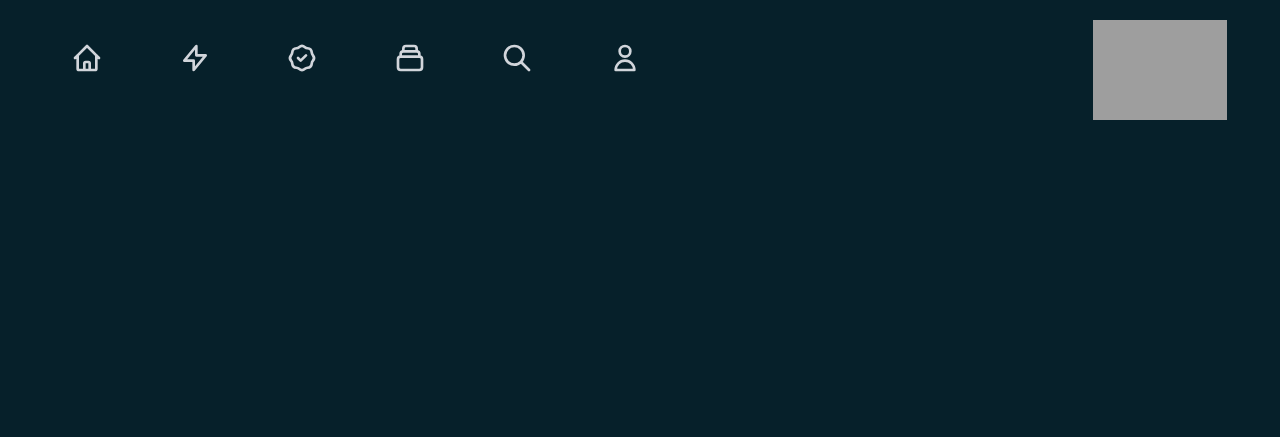
Repository: JuanOnly/hulu-clone
Page: /
An editor plug-in stored every save of this project. The page is shown before and after the next save, followed by the edit.
The browser window is 1280 px wide. The pictures show the whole page.
Pictures or frames that could not be fetched are drawn as grey boxes. The project was rebuilt for these pictures with package versions that can differ from the ones it lists, and the page was loaded fresh each time. The framework's server and built-in components were replaced by stand-ins that run in the browser. Also part of the build but not shown: next.config.js.

Above is the page before, as saved 2021-05-01 08:19:02.

After the next save:
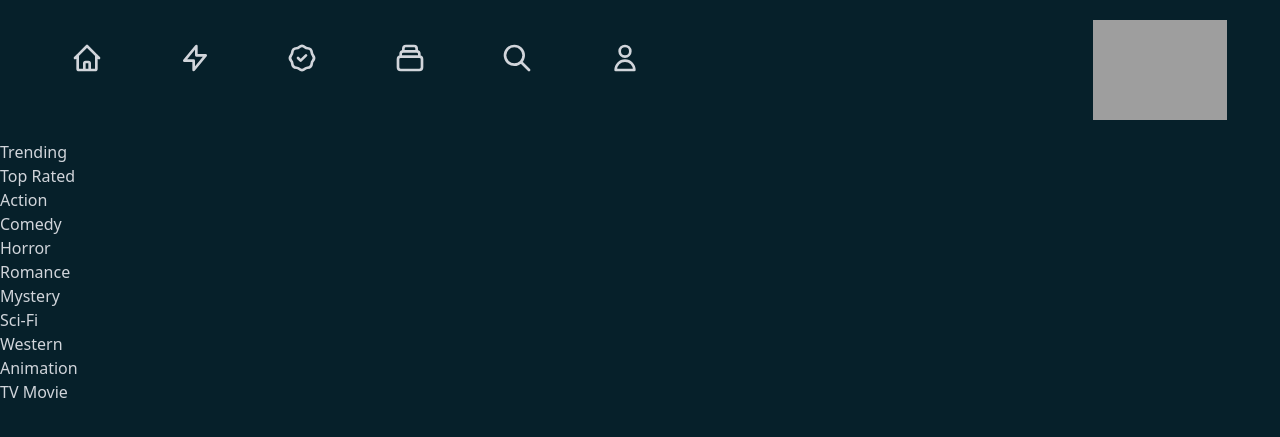
Saved 2 min 47 s later.
--- a/components/Nav.js
+++ b/components/Nav.js
@@ -1,4 +1,4 @@
-import requests from ".../utils/requests";
+import requests from "../utils/requests";
 
 function Nav() {
   return (
